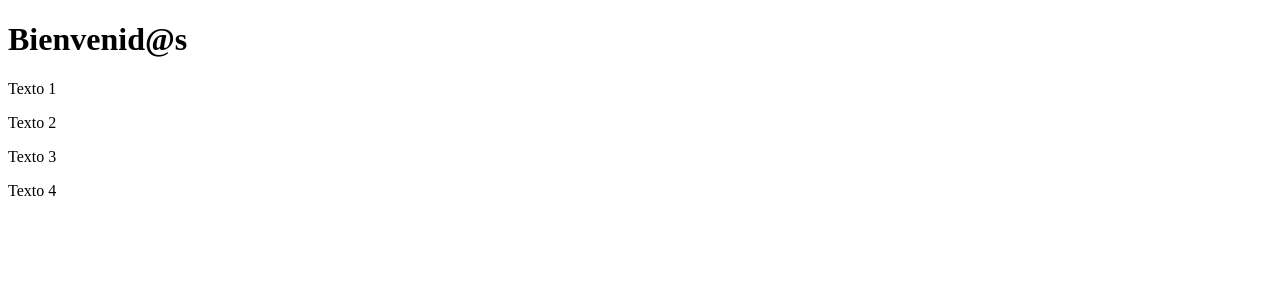
Repository: MiguelonDev/CursoIonic
Page: EclipseWorkSpace/JqueryCompleto/EjemploConJQuery.html
The author's editor kept a copy of each file at every save. The page is drawn from the files as they stood at one save, then again after the next save.
The browser window is 1280 px wide. The pictures show the whole page.

Above is the page before, as saved 2018-09-26 15:48:25.

After the next save:
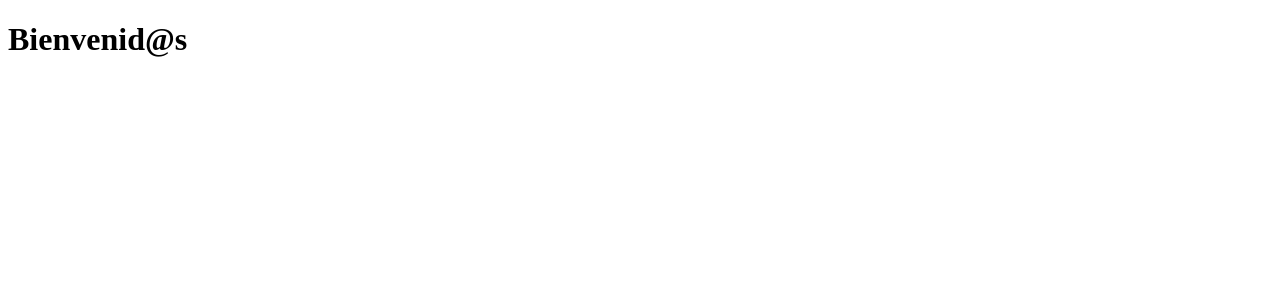
Saved 58 s later.
--- a/EclipseWorkSpace/JqueryCompleto/EjemploConJQuery.html
+++ b/EclipseWorkSpace/JqueryCompleto/EjemploConJQuery.html
@@ -19,7 +19,7 @@ window.onload=init;
 function init(){
 	alert("entra");
 	var oculto = document.querySelectorAll('#contenedor p');
-	for (var i = 0; i< oculto.lenght; i++){
+	for (var i = 0; i< oculto.length; i++){
 		oculto[i].style.visibility= 'hidden';
 	}
 }
